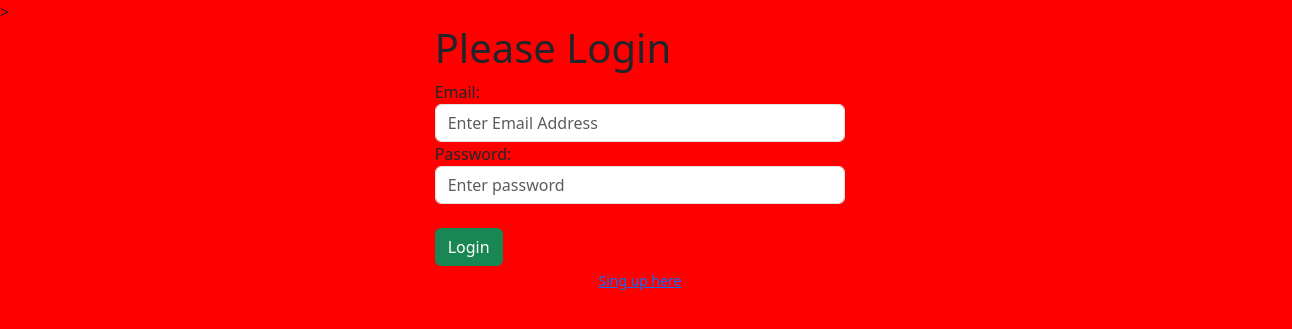
Repository: oksana117/news-app
Page: /login (app in client/)
An editor plug-in stored every save of this project. The page is shown before and after the next save, followed by the edit.
The browser window is 1280 px wide. The page is 1292 px wide, so the pictures cover 1292 px, including what lies to the right of the window. The pictures show the whole page.
The project was rebuilt for these pictures with package versions that can differ from the ones it lists, and the page was loaded fresh each time. Also part of the build but not shown: client/vite.config.js, client/src/Register.jsx.

Above is the page before, as saved 2024-09-26 17:32:34.

After the next save:
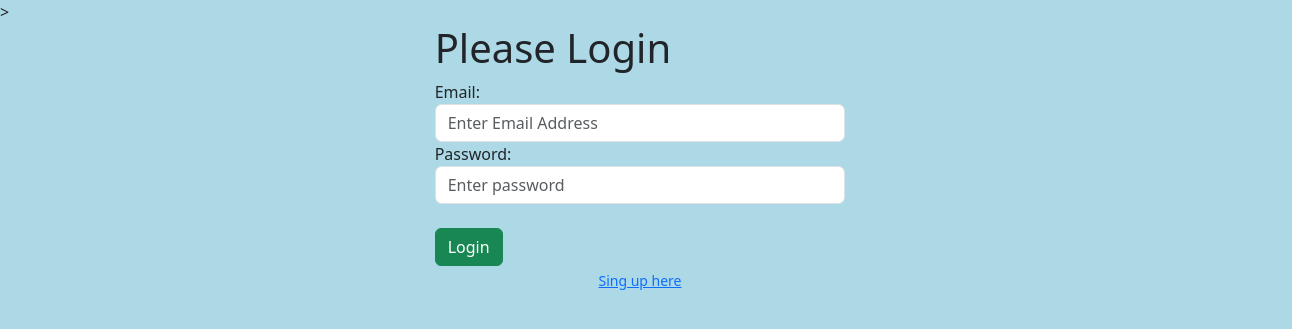
Saved 33 s later.
--- a/client/index.html
+++ b/client/index.html
@@ -8,9 +8,9 @@
   <title>Latest News</title>
 </head>
 
-<body style="background-color: red"></body>>
-  <div id="root"></div>
-  <script type="module" src="/src/main.jsx"></script>
+<body style="background-color: #ADD8E6"></body>>
+<div id="root"></div>
+<script type="module" src="/src/main.jsx"></script>
 </body>
 
 </html>
